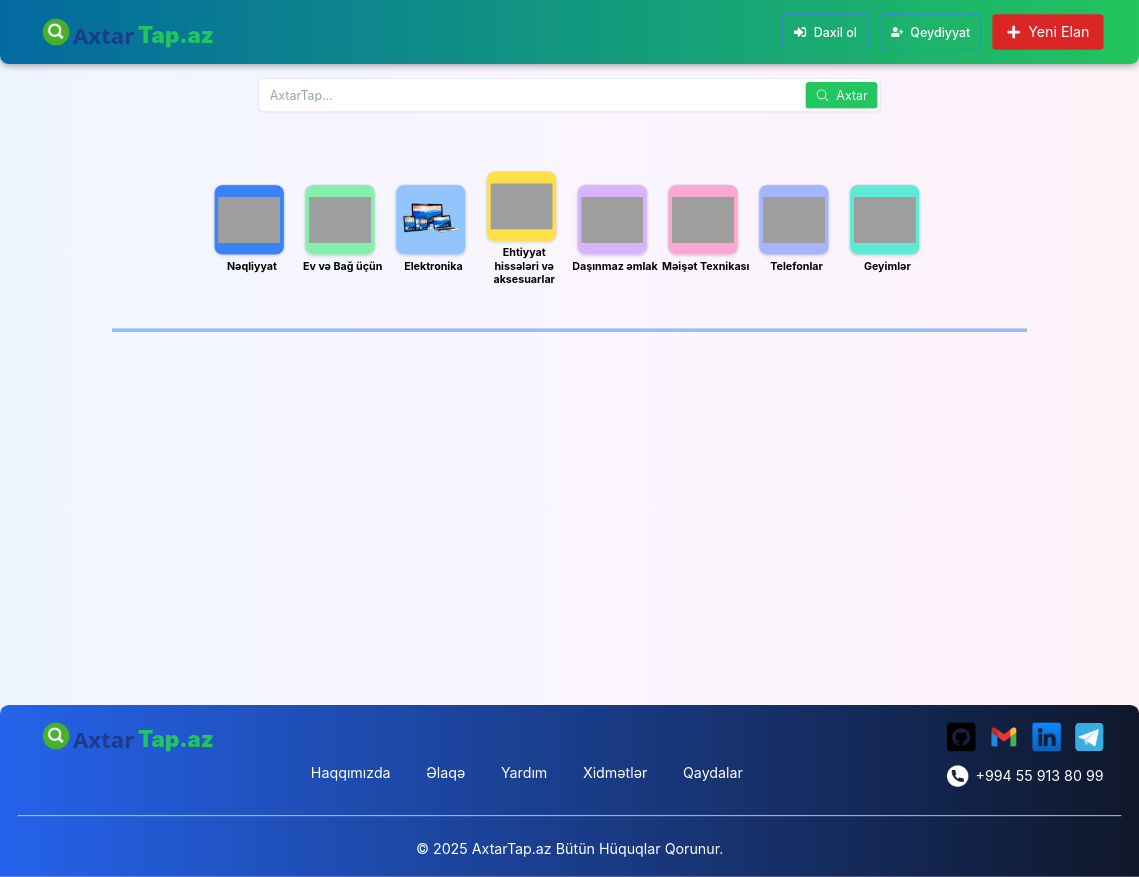
Repository: Omur56/AxtarTap.az
Page: /
The author's editor kept a copy of each file at every save. The page is drawn from the files as they stood at one save, then again after a run of saves.
The browser window is 1280 px wide. The pictures show the whole page, at 89% of full size.
Pictures or frames that could not be fetched are drawn as grey boxes. The page's requests for data from a server got no answer. The project was rebuilt for these pictures with package versions that can differ from the ones it lists, and the page was loaded fresh each time. Some packages were replaced by stand-ins written for this rebuild. No one was signed in, and anything a server would have sent is missing. Also part of the build but not shown: src/pages/About/index.jsx, src/pages/Contact/index.jsx, src/pages/Qaydalar/index.jsx, src/pages/Yardım/index.jsx, src/pages/Xidmetler/index.jsx, src/components/CreatePostNeqliyyat/index.jsx, src/pages/Katalog/Neqliyyat/index.jsx, src/components/CreatePostHome/index.jsx and 30 more.

Above is the page before, as saved 2025-08-21 19:50:09.

After the next 6 saves:
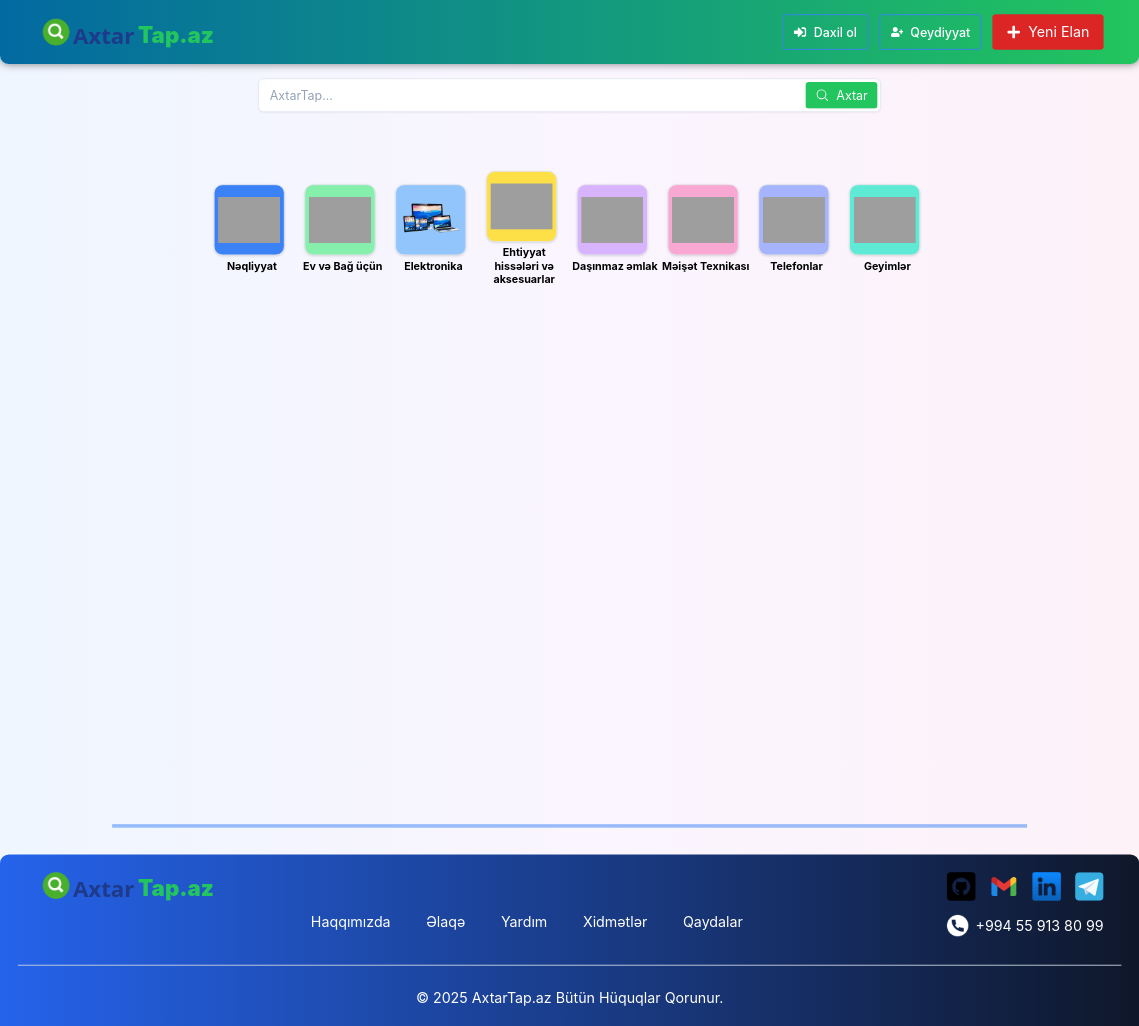
The 6 saves are shown as one change because they came seconds apart.
The last was saved 10 min 54 s later.
--- a/src/pages/Katalog/index.jsx
+++ b/src/pages/Katalog/index.jsx
@@ -21,7 +21,7 @@ const Katalog = () => {
   };
 
   return (
-    <>
+    <div className="min-h-screen">
 
     <div className="min-h-[100px] w-full">
     <div className=" justify-center mx-auto my-[50px] place-items-center  max-w-[800px]  grid grid-cols-3 sm:grid-cols-4 md:grid-cols-5 lg:grid-cols-8 gap-4 ">
@@ -56,7 +56,7 @@ const Katalog = () => {
     </div>
     </div>
 
-    </>
+    </div>
   );
 };
 
